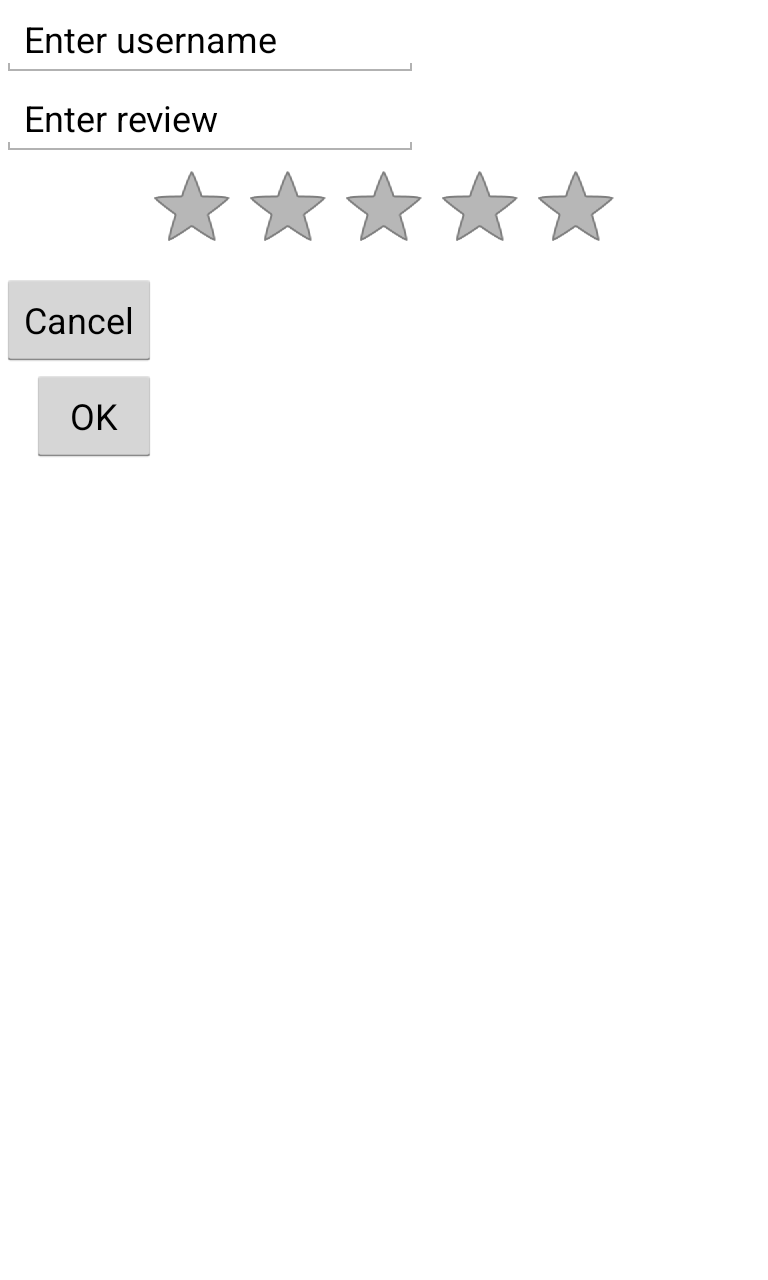
Repository: yash256/atnt
Layout: WNY Farm Fresh/res/layout/dialog.xml
These files come from the project's save history. The layout is drawn as it stood at one moment and after the next save; the edit follows.
It is drawn on a 768 x 1280 px phone screen (xhdpi) without system bars, with theme AppTheme; the app's code is not run.

Above is the layout before, as saved 2014-11-10 20:40:48.

### WNY Farm Fresh/res/layout/dialog.xml
<?xml version="1.0" encoding="utf-8"?>
<GridLayout xmlns:android="http://schemas.android.com/apk/res/android"
    android:layout_width="match_parent"
    android:layout_height="match_parent"
    android:orientation="vertical"
    android:columnCount="8" xmlns:tools="http://schemas.android.com/tools">



    <EditText
        android:id="@+id/username"
        android:layout_columnSpan="6"
        android:layout_gravity="center_horizontal"
        android:ems="10"
        android:text="@string/username_edittext"
        android:inputType="textPersonName">

    </EditText>
    <EditText
        android:id="@+id/review_text"
        android:layout_columnSpan="6"
        android:layout_gravity="center_horizontal"
        android:ems="10"
        android:text="@string/review_text_edittext"
        android:inputType="textMultiLine">
    </EditText>

    <RatingBar
        android:id="@+id/ratingBar1"
        android:layout_columnSpan="8"
        android:layout_gravity="center_horizontal"
        />
    <Button
        android:id="@+id/cancel_review"
        android:text="@string/cancel"
		android:layout_columnSpan="4"
        android:layout_gravity="left"/>
        <Button
        android:id="@+id/ok_review"
        android:text="@string/ok"
        android:layout_columnSpan="4"
        android:layout_gravity="right" />

</GridLayout>

### WNY Farm Fresh/res/values/strings.xml
<?xml version="1.0" encoding="utf-8"?>
<resources>

    <string name="app_name">Farmdroid</string>
    <string name="hello_world">Hello world!</string>
    <string name="action_settings">Settings</string>
    <string name="username">username</string>
    <string name="rating">Rating</string>
    <string name="review_text">review text</string>
    <string name="title_activity_main">MainActivity</string>
    <string name="top_items_header_text">Best known for</string>
    <string name="reviews_header">Reviews</string>
	<string name="username_edittext">Enter username</string>
	<string name="review_text_edittext">Enter review</string>
	<string name="add_review_btn">Add Review</string>
	<string name="cancel">Cancel</string>
	<string name="ok">OK</string>
</resources>

Loaded but not shown: WNY Farm Fresh/res/values/styles.xml (common file); WNY Farm Fresh/res/values-v11/styles.xml (common file); WNY Farm Fresh/res/values-v14/styles.xml (common file)

After the next save:
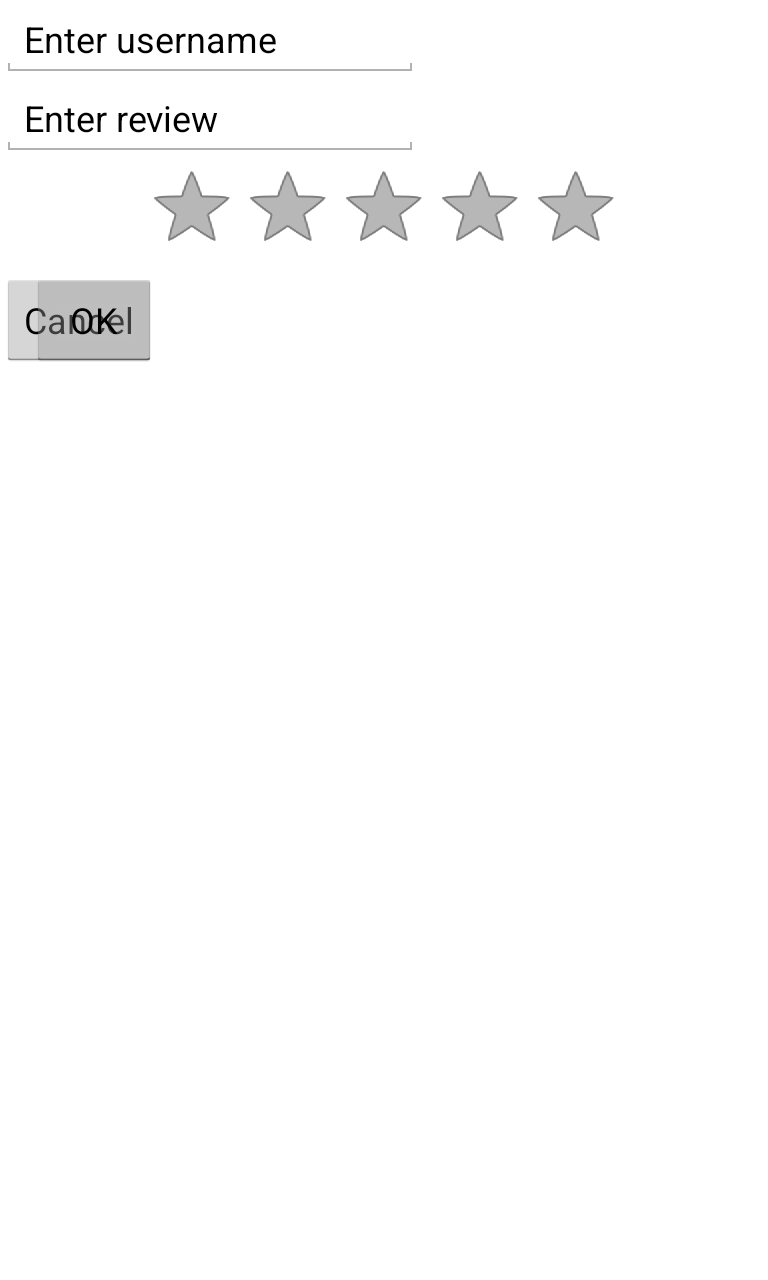
Saved 84 s later.
--- a/WNY Farm Fresh/res/layout/dialog.xml
+++ b/WNY Farm Fresh/res/layout/dialog.xml
@@ -13,7 +13,8 @@
         android:layout_gravity="center_horizontal"
         android:ems="10"
         android:text="@string/username_edittext"
-        android:inputType="textPersonName">
+        android:inputType="textPersonName"
+        android:layout_row="0">
 
     </EditText>
     <EditText
@@ -22,23 +23,27 @@
         android:layout_gravity="center_horizontal"
         android:ems="10"
         android:text="@string/review_text_edittext"
-        android:inputType="textMultiLine">
+        android:inputType="textMultiLine"
+        android:layout_row="1">
     </EditText>
 
     <RatingBar
         android:id="@+id/ratingBar1"
         android:layout_columnSpan="8"
         android:layout_gravity="center_horizontal"
+        android:layout_row="2"
         />
     <Button
         android:id="@+id/cancel_review"
         android:text="@string/cancel"
 		android:layout_columnSpan="4"
-        android:layout_gravity="left"/>
+        android:layout_gravity="left"
+        android:layout_row="3"/>
         <Button
         android:id="@+id/ok_review"
         android:text="@string/ok"
         android:layout_columnSpan="4"
-        android:layout_gravity="right" />
+        android:layout_gravity="right"
+        android:layout_row="3" />
 
 </GridLayout>
